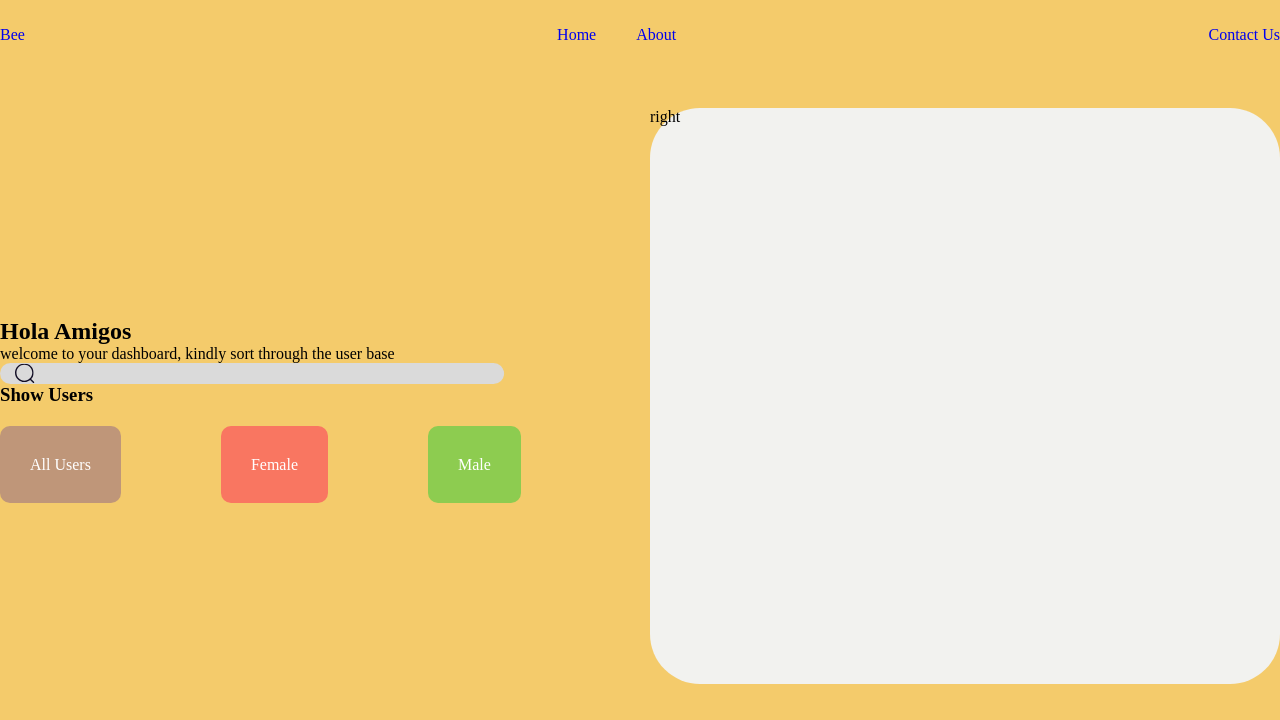
Repository: ble-syn/Random-user-generator-app
Page: /
These files come from the project's save history. The page is drawn as it stood at one moment and after the next save; the edit follows.
The browser window is 1280 px wide. The pictures show the whole page.
The project was rebuilt for these pictures with package versions that can differ from the ones it lists, and the page was loaded fresh each time. Also part of the build but not shown: src/pages/About.jsx, src/pages/Policy.jsx, src/pages/Terms.jsx, src/pages/Contact.jsx, src/pages/NotFound.jsx.

Above is the page before, as saved 2022-10-26 01:15:16.

### src/index.css
*{
  margin: 0;
  padding: 0;
  box-sizing: border-box;
}
a {
  text-decoration: none;
}

body {
  background-color: #F4CB6B;
}
.container {
  width: 100%;
  max-width: 1300px;
  margin: 0 auto;

}

nav {
  display: flex;
  justify-content: space-between;
  margin: 2% 0 5%;
}
.menu {
  margin: 0 20px;
}

.home-container{
  display: flex;

  align-items: center;
}
/* LEFT STYLES */
#left {
  flex: 5;
}
.search-input {
  width: 80%;
  background-color: #dadada;
  border-radius: 12px;
  border: none;
  display: flex;
  place-items: center;
  padding-left: 15px;
}
input {
  border: none;
  border-radius: 12px;
  background-color: inherit;
  width: 100%;
}
input:focus {
  outline: none;
}
input::placeholder {
  color: #171717;
}
.user-link-cont {
  margin-top: 50px;
}
.user-link{
  margin-right: 100px;
  padding: 30px;
  border-radius: 10px;
  color: #FFF;
  cursor: pointer;
}
.all-user {
  background-color: #BF9679;
}
.female-user{
  background-color: #F97661;
}
.male-user{
background-color: #8DCC50;
}

#right{
  height: 80vh;
 flex: 5;
  margin-left: 20px;
  background-color: #F2F2EF;
  border-radius: 50px;
}

### src/App.js
import { BrowserRouter as Router, Routes, Route, Navigate} from "react-router-dom";
import Navbar from "./components/Navbar";
import Home from "./pages/Home";
import About from "./pages/About";
import Policy from "./pages/Policy";
import Terms from "./pages/Terms";
import Contact from "./pages/Contact";
import NotFound from "./pages/NotFound";

function App() {
  return (
    <div className="container">
      <Router>
      <Navbar />
        <Routes>
          <Route path="/" element={<Home />} />
          <Route path="/about" element={<About />}>
            <Route path="policy" element={<Policy />} />
            <Route path="terms" element={<Terms />} />
          </Route>
          <Route path="/contact" element={<Contact />} />
          <Route path="/not-found" element={<NotFound />} />
          <Route path="*" element={<Navigate to="/not-found" />} />
        </Routes>
      </Router>

    </div>
  );
}

export default App;

### src/components/Navbar.jsx
import React from "react";
import { Link } from "react-router-dom";

function Navbar() {
    return (
      <nav className="header">
        <div className="logo">
          <Link to="/">Bee</Link>
        </div>


        <div>
            <Link to="/about" className="menu">Home</Link>

            <Link to="/contact" className="menu">About</Link>
        </div>
        <div>
            <Link to="/">Contact Us</Link>
        </div>
      </nav>
    );
  }

export default Navbar;

### src/pages/Home.jsx
import React from "react";
import { Link } from "react-router-dom";
import { ReactComponent as Search } from "../assets/Search.svg"

function Home() {
  return (
    <div className="home-container">
      <div id="left">
        <h2>Hola Amigos</h2>
        <p>welcome to your dashboard, kindly sort through the user base</p>
        <form action="" className="search-input">
          <Search />
          <input type="text" name="" id="" />
        </form>
        <h3>Show Users</h3>
        <div className="user-link-cont">
          <Link className="user-link all-user" to="/login">All Users</Link>
          <Link className="user-link female-user" to="/register">Female</Link>
          <Link className="user-link male-user" to="/about">Male</Link>
        </div>
      </div>
      <div id="right">
        right
      </div>
    </div>
  );
}

export default Home;

Loaded but not shown: public/index.html (common file); src/index.js (common file); src/reportWebVitals.js (common file)

After the next save:
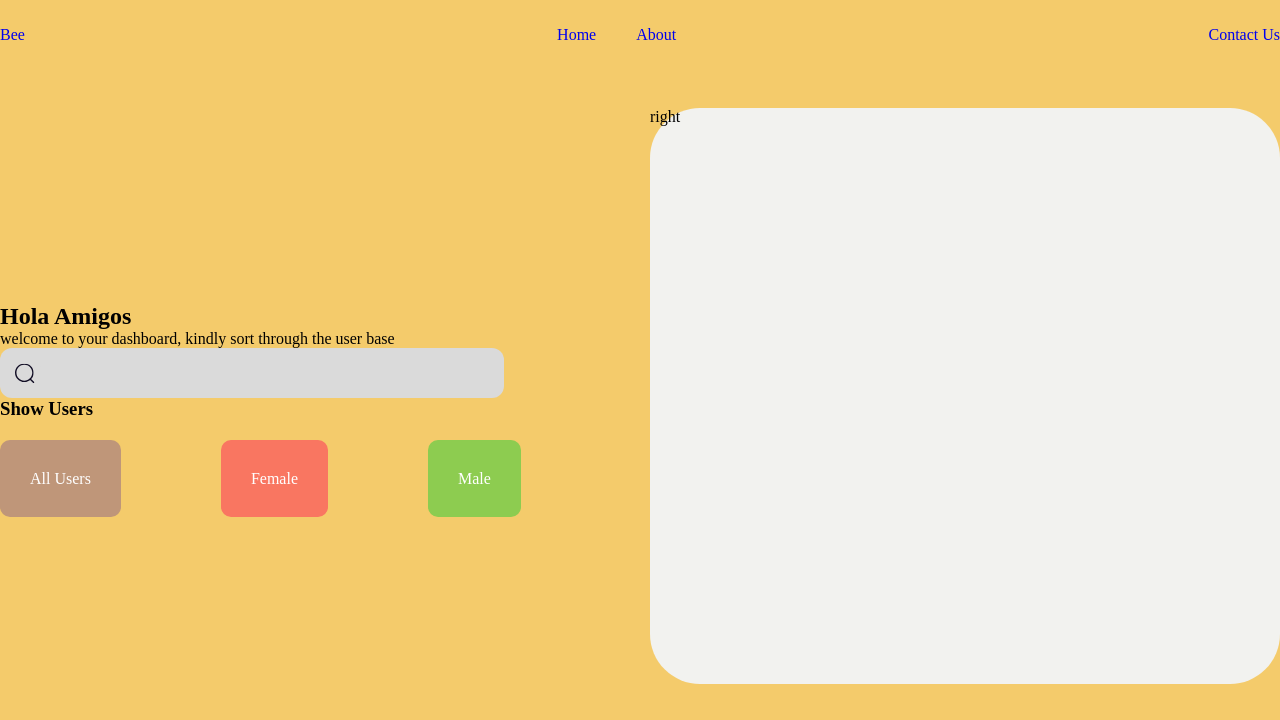
Saved 7 s later.
--- a/src/index.css
+++ b/src/index.css
@@ -43,6 +43,7 @@ nav {
   display: flex;
   place-items: center;
   padding-left: 15px;
+  height: 50px;
 }
 input {
   border: none;
